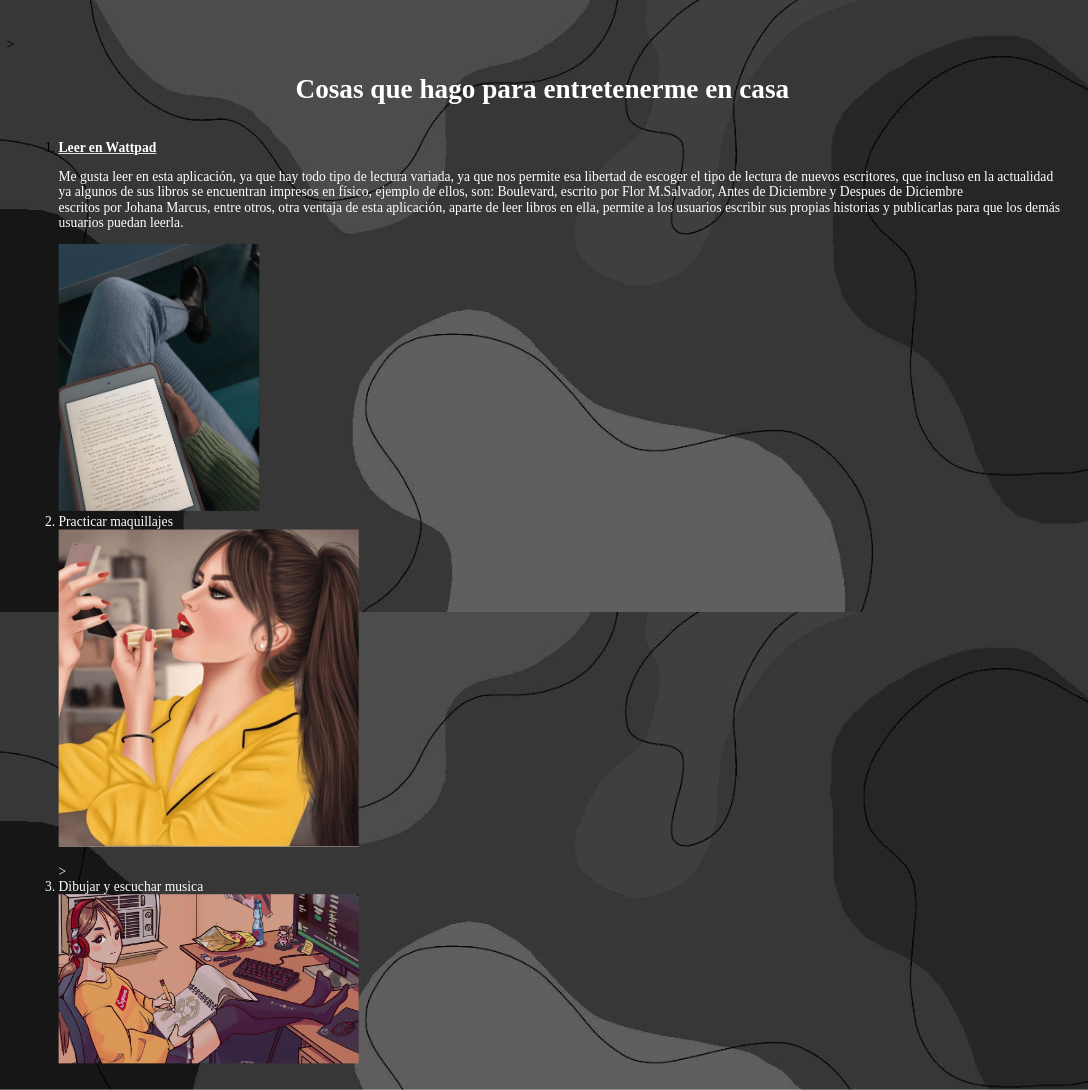
Repository: darlyn-saravia27/portafolio-darlynsaravia
Page: archivoshtml/entretenimiento.html
An editor plug-in stored every save of this project. The page is shown before and after the next save, followed by the edit.
The browser window is 1280 px wide. The pictures show the whole page, at 85% of full size.

Above is the page before, as saved 2023-03-05 04:02:35.

### archivoshtml/entretenimiento.html
<!DOCTYPE html>
<html lang="en">
<head>
    <meta charset="UTF-8">
    <meta http-equiv="X-UA-Compatible" content="IE=edge">
    <meta name="viewport" content="width=device-width, initial-scale=1.0">
    <title>Entretenimiento</title>
</head>
<body background="fondo.png">
    <table align="center">
        <tr>
            <td align="center"><h1><font color="white">Cosas que hago para entretenerme en casa
            </font></h1></td>
            <br>
            <br>
            <td></td>
        </tr>>
        <tr>
            <td>
                <ol type="1"><li><font color="white"><strong><u>Leer en Wattpad</strong></font></u></li>
                    <p><font color="white">Me gusta leer en esta aplicación, ya que hay todo tipo de lectura variada, ya que nos permite esa libertad
                    de escoger el tipo de lectura de nuevos escritores, que incluso en la actualidad <br>ya algunos de sus libros
                    se encuentran impresos en físico, ejemplo de ellos, son: Boulevard, escrito por Flor M.Salvador, Antes de Diciembre
                    y Despues de Diciembre <br>escritos por Johana Marcus, entre otros, otra ventaja de esta aplicación, aparte de leer libros
                    en ella, permite a los usuarios escribir sus propias historias y publicarlas para que los demás<br> usuarios puedan leerla.</p>
                    <img src="Book.png" width="20%" height="20%">
                <li type="1">Practicar maquillajes</li>
                    <img src="art.png" width="30%" height="30%">
                    <p></p>>
                <li type="1">Dibujar y escuchar musica</li>
                    <img src="dibujo.png" width="30%" height="30%">
                </ol>
            </td>

</body>
</html>

After the next save:
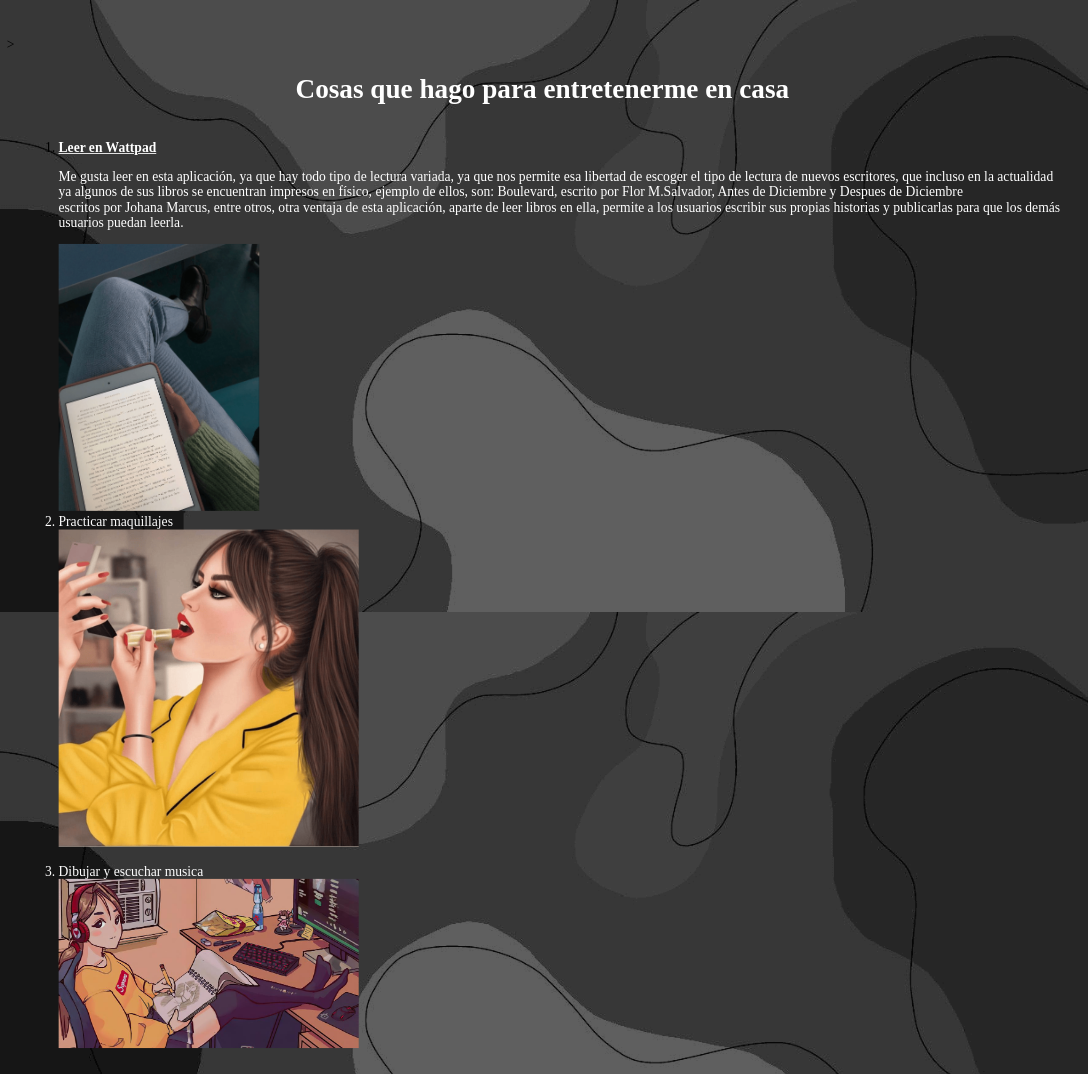
Saved 3 min 39 s later.
--- a/archivoshtml/entretenimiento.html
+++ b/archivoshtml/entretenimiento.html
@@ -26,7 +26,7 @@
                     <img src="Book.png" width="20%" height="20%">
                 <li type="1">Practicar maquillajes</li>
                     <img src="art.png" width="30%" height="30%">
-                    <p></p>>
+                    <p></p>
                 <li type="1">Dibujar y escuchar musica</li>
                     <img src="dibujo.png" width="30%" height="30%">
                 </ol>
